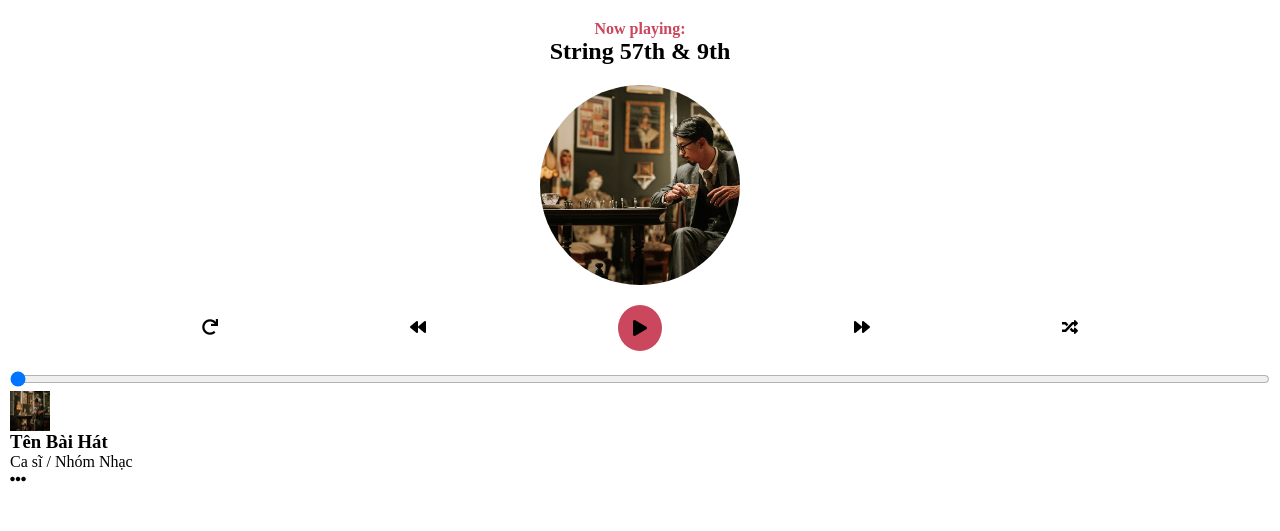
Repository: dovanthao2404/AppMusicPlayer
Page: index.html
The author's editor kept a copy of each file at every save. The page is drawn from the files as they stood at one save, then again after the next save.
The browser window is 1280 px wide. The pictures show the whole page.

Above is the page before, as saved 2021-06-28 02:26:08.

After the next save:
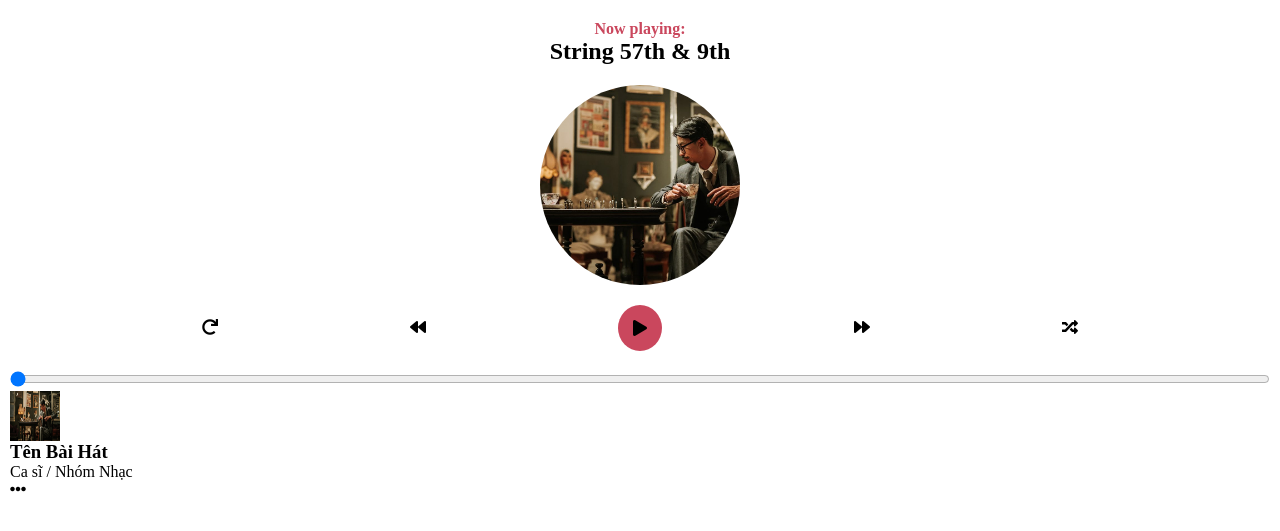
Saved 4 s later.
--- a/css/app.css
+++ b/css/app.css
@@ -51,8 +51,8 @@ header h4 {
   width: 100%;
 }
 .song .thumb {
-  width: 40px;
-  height: 40px;
+  width: 50px;
+  height: 50px;
 }
 .song .thumb img {
   width: 100%;
